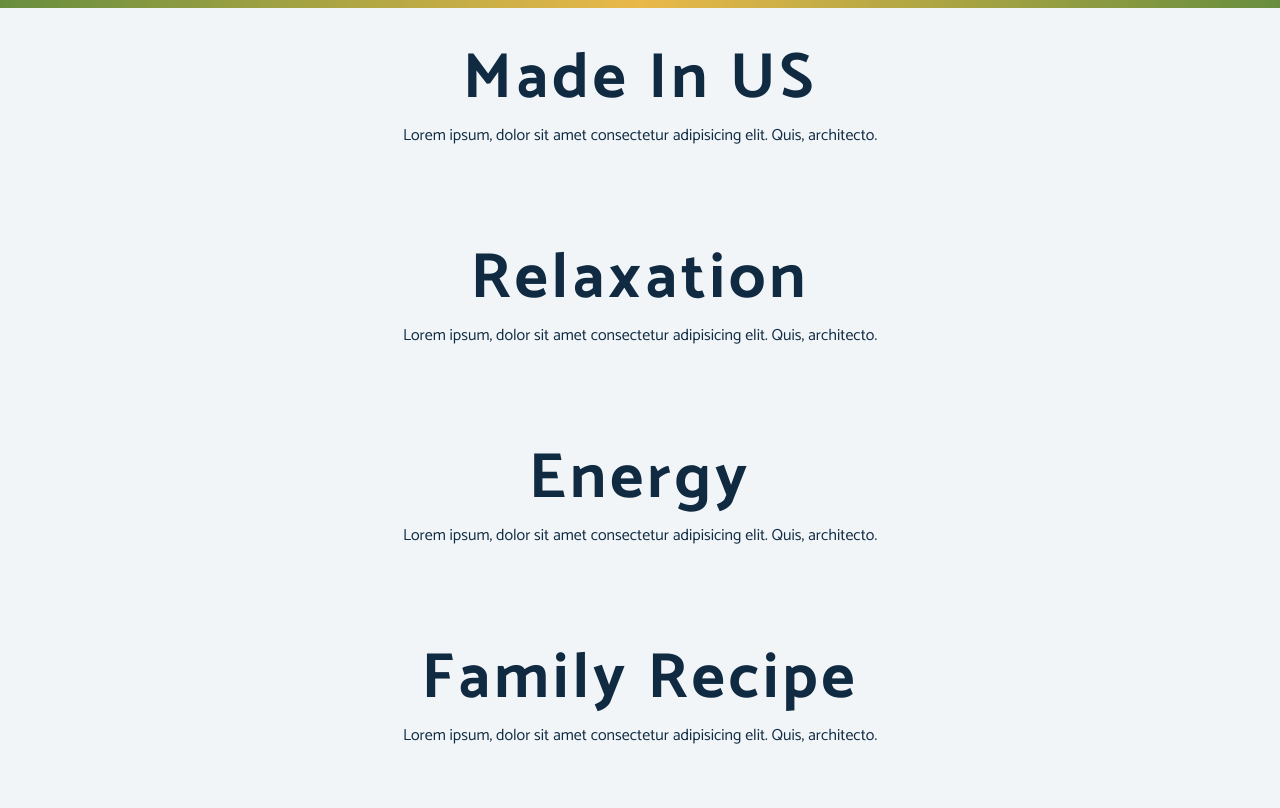
Repository: waniArif/tea-project
Page: index.html
These files come from the project's save history. The page is drawn as it stood at one moment and after the next save; the edit follows.
The browser window is 1280 px wide. The pictures show the part of the page from y = 720 to 1608 px (the page is 1528 px tall before and 1608 px after).
Some icons come from a web library that is not loaded, so they are not drawn. Backgrounds fixed to the window are drawn as part of the page. Some web fonts or font styles are not loaded; a fallback is used.

Above is the page before, as saved 2021-07-04 15:13:37.
Console error: TypeError: Cannot read properties of null (reading 'addEventListener')

### index.html
<!DOCTYPE html>
<html lang="en">
  <head>
    <meta charset="UTF-8" />
    <meta name="viewport" content="width=device-width, initial-scale=1.0" />
    <meta http-equiv="X-UA-Compatible" content="ie=edge" />
    <title>Tea Station || Home</title>
    <!-- font-awesome -->
    <link
      rel="stylesheet"
      href="./fontawesome-free-5.12.1-web/css/all.min.css"
    />
    <!-- custom css -->
    <link rel="stylesheet" href="./css/styles.css" />
  </head>
  <body>
    <!-- navbar here -->
    <!-- header here -->

    <header class="header">
      <div class="banner">
        <h2>Over one hundred flavours</h2>
        <h1>
          Wani's<br />
          Crafted tea
        </h1>
        <a href="skills.html" class="btn banner-btn">explore</a>
      </div>
    </header>
    <!-- header ends here -->
    <div class="content-divider"></div>
    <!-- skills section -->

    <section class="skills clearfix">
      <!-- single skill -->
      <article class="skill">
        <span class="skill-icon">
          <i class="fas fa-mug-hot"></i>
        </span>
        <h4 class="skill-title">made in US</h4>
        <p class="skill-text">
          Lorem ipsum, dolor sit amet consectetur adipisicing elit. Quis,
          architecto.
        </p>
      </article>
      <!-- end of a single skill -->
      <!-- single skill -->
      <article class="skill">
        <span class="skill-icon">
          <i class="fas fa-glass-cheers"></i>
        </span>
        <h4 class="skill-title">relaxation</h4>
        <p class="skill-text">
          Lorem ipsum, dolor sit amet consectetur adipisicing elit. Quis,
          architecto.
        </p>
      </article>
      <!-- end of a single skill -->
      <!-- single skill -->
      <article class="skill">
        <span class="skill-icon">
          <i class="fas fa-bomb"></i>
        </span>
        <h4 class="skill-title">Energy</h4>
        <p class="skill-text">
          Lorem ipsum, dolor sit amet consectetur adipisicing elit. Quis,
          architecto.
        </p>
      </article>
      <!-- end of a single skill -->
      <!-- single skill -->
      <article class="skill">
        <span class="skill-icon">
          <i class="fas fa-mortar-pestle"></i>
        </span>
        <h4 class="skill-title">family recipe</h4>
        <p class="skill-text">
          Lorem ipsum, dolor sit amet consectetur adipisicing elit. Quis,
          architecto.
        </p>
      </article>
      <!-- end of a single skill -->
    </section>
    <!--  end of skills section -->

    <script src="app.js"></script>
  </body>
</html>

### css/styles.css
/*
===================
Fonts
===================
*/

@import url("https://fonts.googleapis.com/css?family=Catamaran:400,700|Grand+Hotel");

/*
===================
Variables
===================
*/

:root {
  --clr-primary: #678e3e;
  --clr-primarylight: #beed8c;
  --clr-grey-1: #102a42;
  --clr-grey-5: #617d98;
  --clr-grey-10: #f1f5f8;
  --clr-white: #fff;
  --ff-primary: "Catamaran", sans-serif;
  --ff-secondary: "Grand Hotel", cursive;
  --transition: all 0.3 linear;
  --spacing: 0.25rem;
  --radius: 0.5rem;
}

* {
  margin: 0;
  padding: 0;
  box-sizing: border-box;
}

body {
  font-family: var(--ff-primary);
  background: var(--clr-white);
  color: var(--clr-grey-1);
  line-height: 1.5rem;
  font-size: 0.875rem;
}

a {
  text-decoration: none;
}

img {
  width: 100%;
  display: block;
}

h1,
h2,
h3,
h4 {
  letter-spacing: var(--spacing);
  text-transform: capitalize;
  line-height: 1.25;
  margin-bottom: 0.75rem;
}

h1 {
  font-size: 3rem;
}

h2 {
  font-size: 2rem;
}

h3 {
  font-size: 1.5rem;
}

h4 {
  font-size: 0.875rem;
}

p {
  margin-bottom: 1.25rem;
}

@media screen and (min-width: 800px) {
  h1 {
    font-size: 4rem;
  }
  h2 {
    font-size: 2.5rem;
  }
  h3 {
    font-size: 2rem;
  }
  h4 {
    font-size: 4rem;
  }
  body {
    font-size: 1rem;
  }
  h1,
  h2,
  h3,
  h4 {
    line-height: 1;
  }
}

/* more global css */

.btn {
  text-transform: uppercase;
  background: var(--clr-primary);
  color: var(--clr-white);
  padding: 0.75rem 1rem;
  letter-spacing: var(--spacing);
  display: inline-block;
  font-weight: 700;
  transition: var(--transition);
  font-size: 1rem;
  border: none;
  cursor: pointer;
  box-shadow: 0 1px 3px rgba(0, 0, 0, 0.2);
}
.btn:hover {
  color: var(--clr-primary);
  background: var(--clr-primarylight);
}

/*
===================
Header
===================
*/

.header {
  min-height: 100vh;
  background: linear-gradient(rgba(0, 0, 0, 0.6), rgba(0, 0, 0, 0.6)),
    url("../images/main-bcg.jpeg") center/cover no-repeat fixed;

  position: relative;
  /* animation */
  overflow-x: hidden;
}

.banner {
  text-align: center;
  position: absolute;
  top: 50%;
  left: 50%;
  transform: translate(-50%, -50%);
}
.banner h2 {
  font-family: var(--ff-secondary);
  color: var(--clr-primary);
  /* animation */
}
.banner h1 {
  text-transform: uppercase;
  color: var(--clr-white);
  margin-top: 1.25rem;
  margin-bottom: 2rem;
  /* animation */
}
.banner-btn {
  outline: 0.125rem solid var(--clr-primary);
  outline-offset: 0.25rem;
  font-size: 1.25rem;
  padding: 1rem 1.75rem;
}

/* content-divider */

.content-divider {
  height: 0.5rem;
  background: linear-gradient(
    to left,
    var(--clr-primary),
    #e9b949,
    var(--clr-primary)
  );
}

/*
===================
Skills
===================
*/

.skills {
  background: var(--clr-grey-10);
}
.skill {
  padding: 2.5rem 0;
  text-align: center;
  transition: var(--transition);
}

.skill-icon {
  font-size: 2.5rem;
  margin-bottom: 1.25rem;
  transition: var(--transition);
}

Loaded but not shown: app.js (common file)

After the next save:
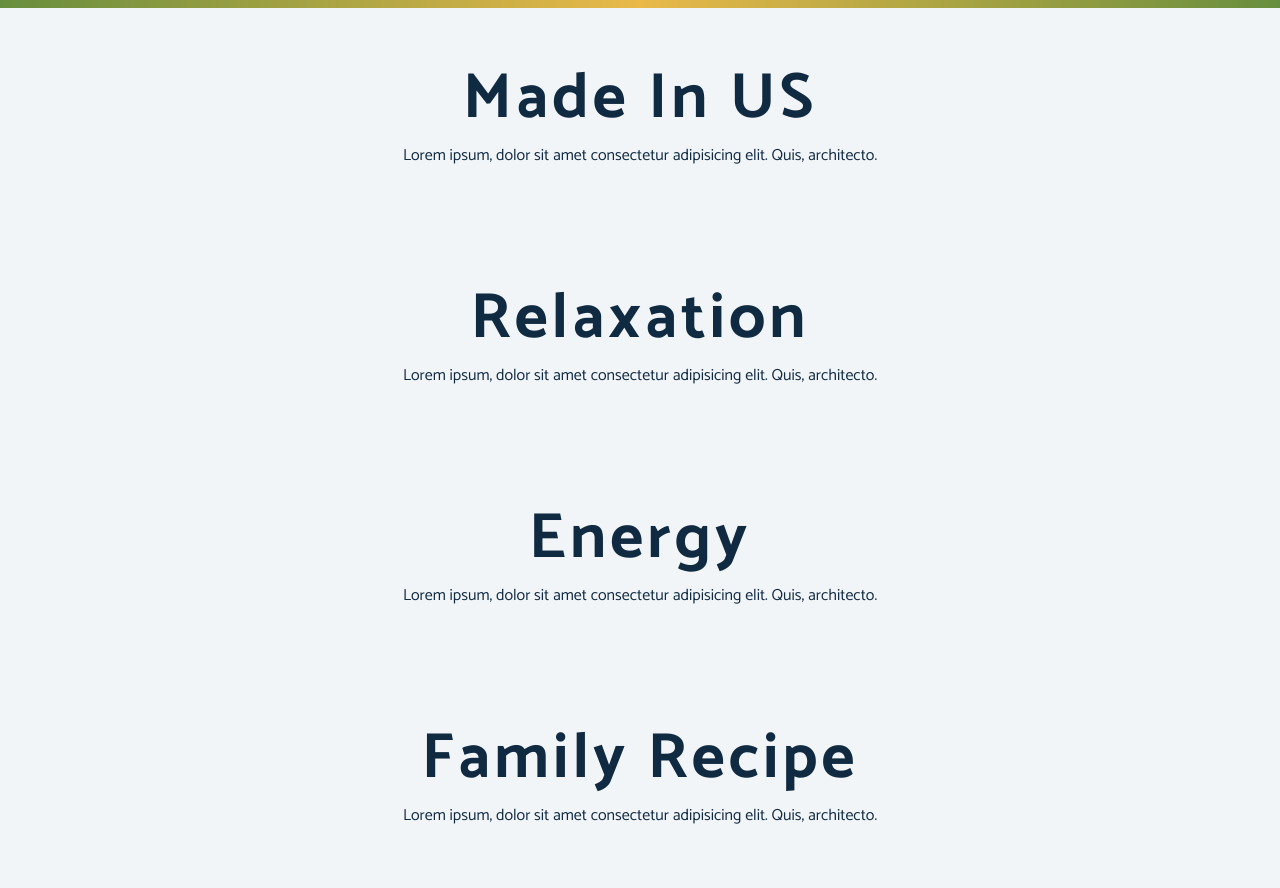
Saved 11 s later.
--- a/css/styles.css
+++ b/css/styles.css
@@ -197,4 +197,5 @@ Skills
   font-size: 2.5rem;
   margin-bottom: 1.25rem;
   transition: var(--transition);
-}
+  display: block;
+}
